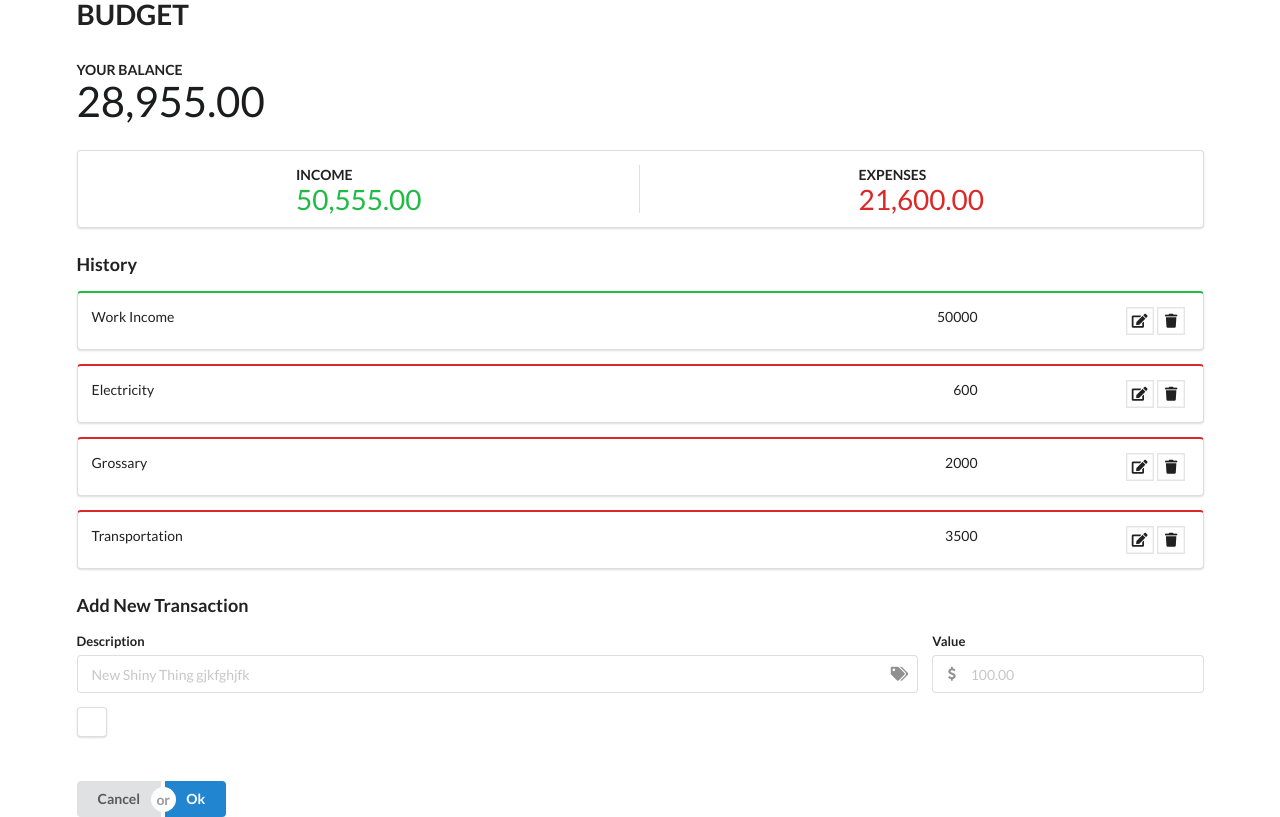
Repository: farrdy/budgets-react
Page: /
An editor plug-in stored every save of this project. The page is shown before and after the next save, followed by the edit.
The browser window is 1280 px wide. The pictures show the whole page.
The project was rebuilt for these pictures with package versions that can differ from the ones it lists, and the page was loaded fresh each time.

Above is the page before, as saved 2022-03-20 15:34:03.

After the next save:
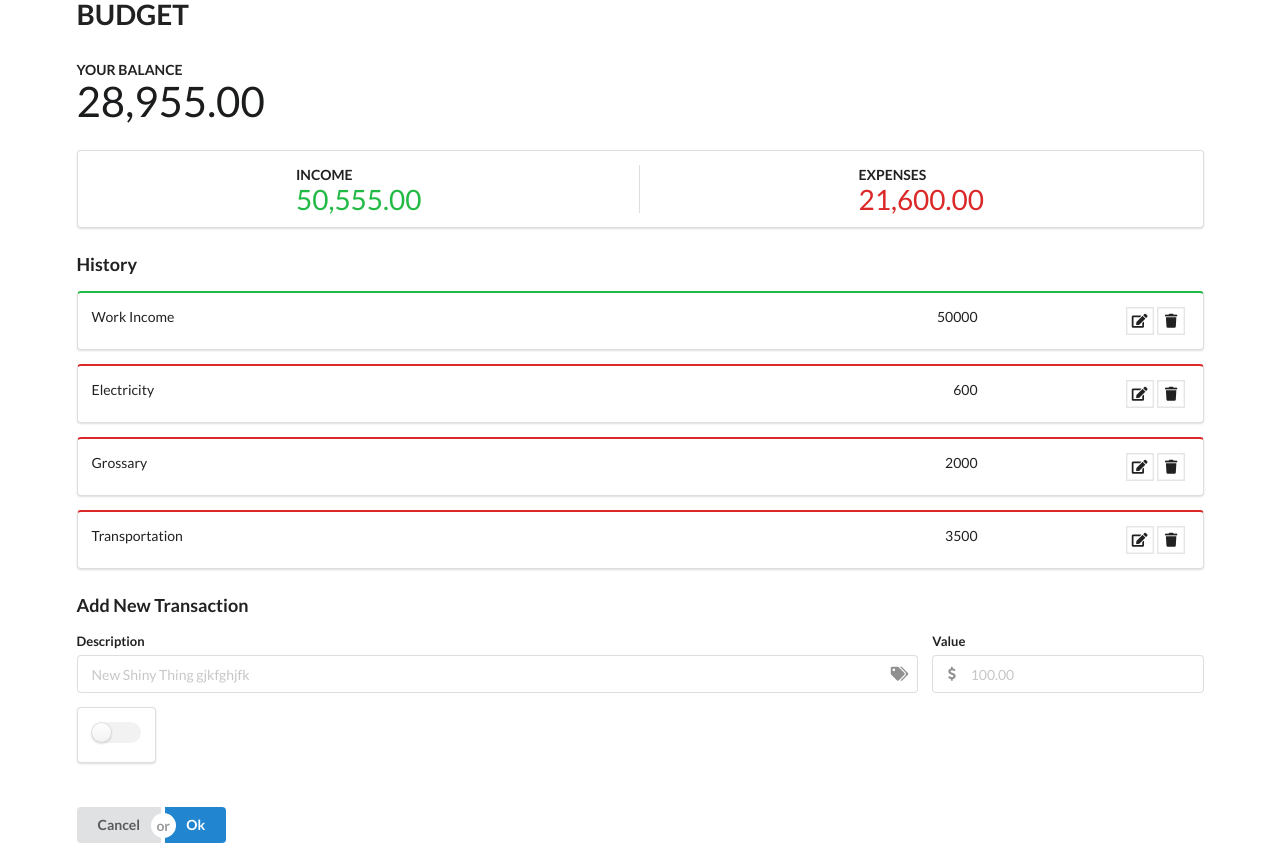
Saved 74 s later.
--- a/src/components/NewEntryForm.js
+++ b/src/components/NewEntryForm.js
@@ -1,5 +1,5 @@
 import React, { useState } from 'react';
-import { Form, Segment } from 'semantic-ui-react';
+import { Checkbox, Form, Segment } from 'semantic-ui-react';
 import ButtonSaveOrCancel from './ButtonSaveOrCancel';
 
 function NewEntryForm({addEntry}) {
@@ -29,7 +29,9 @@ const [isExpense, setIsExpense] = useState(false)
                     onChange={(event)=>setValue(event.target.value)}
                 />
             </Form.Group>
-            <Segment compact></Segment>
+            <Segment compact>
+                <Checkbox toggle value='is expense'/>
+            </Segment>
             <ButtonSaveOrCancel addEntry={addEntry}  Description={Description} Value={Value}/>
 
         </Form>
